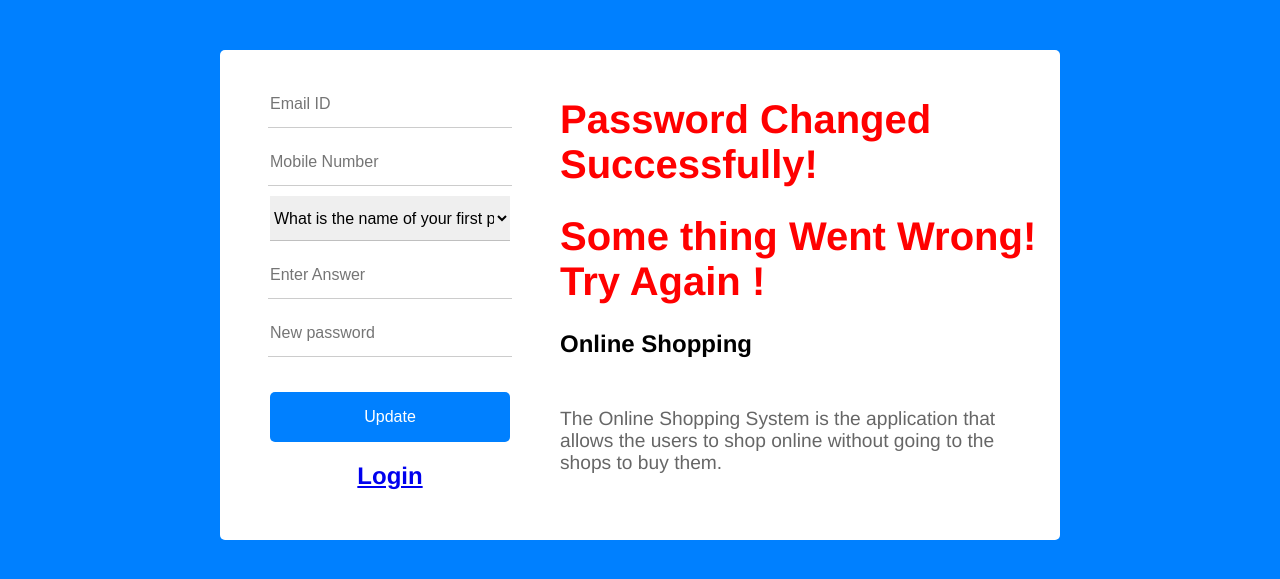
Repository: RajanKr004/E-commerce-Website-for-Sporty-Shoes-
Page: http://localhost/Phase_3_Ecommerce_website/forgotPassword.jsp
An editor plug-in stored every save of this project. The page is shown before and after a run of saves, followed by the edit.
The browser window is 1280 px wide. The pictures show the whole page.
The page is served by Tomcat 9.

Above is the page before, as saved 2022-02-09 07:45:44.

After the next 3 saves:
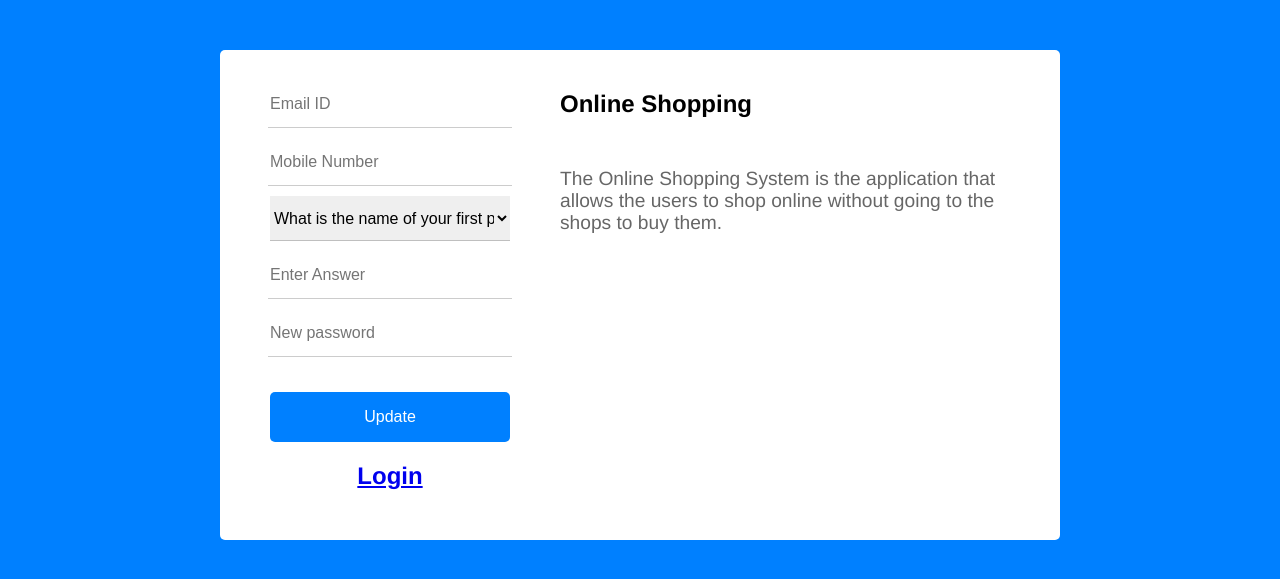
The 3 saves are shown as one change because 2 did not build or start.
The last was saved 3 min 54 s later.
--- a/Phase 3 Ecommerce website/src/main/webapp/forgotPassword.jsp
+++ b/Phase 3 Ecommerce website/src/main/webapp/forgotPassword.jsp
@@ -28,10 +28,17 @@
 		</div>
 		<div class='whyforgotPassword'>
 
+			<%String msg=request.getParameter("msg");
+				if("done".equals(msg)){
+			%>
 			<h1>Password Changed Successfully!</h1>
-
+			<%}
+				if("invalid".equals(msg)){
+			%>
 			<h1>Some thing Went Wrong! Try Again !</h1>
-
+			<%
+			}
+			%>
 			<h2>Online Shopping</h2>
 			<p>The Online Shopping System is the application that allows the
 				users to shop online without going to the shops to buy them.</p>
